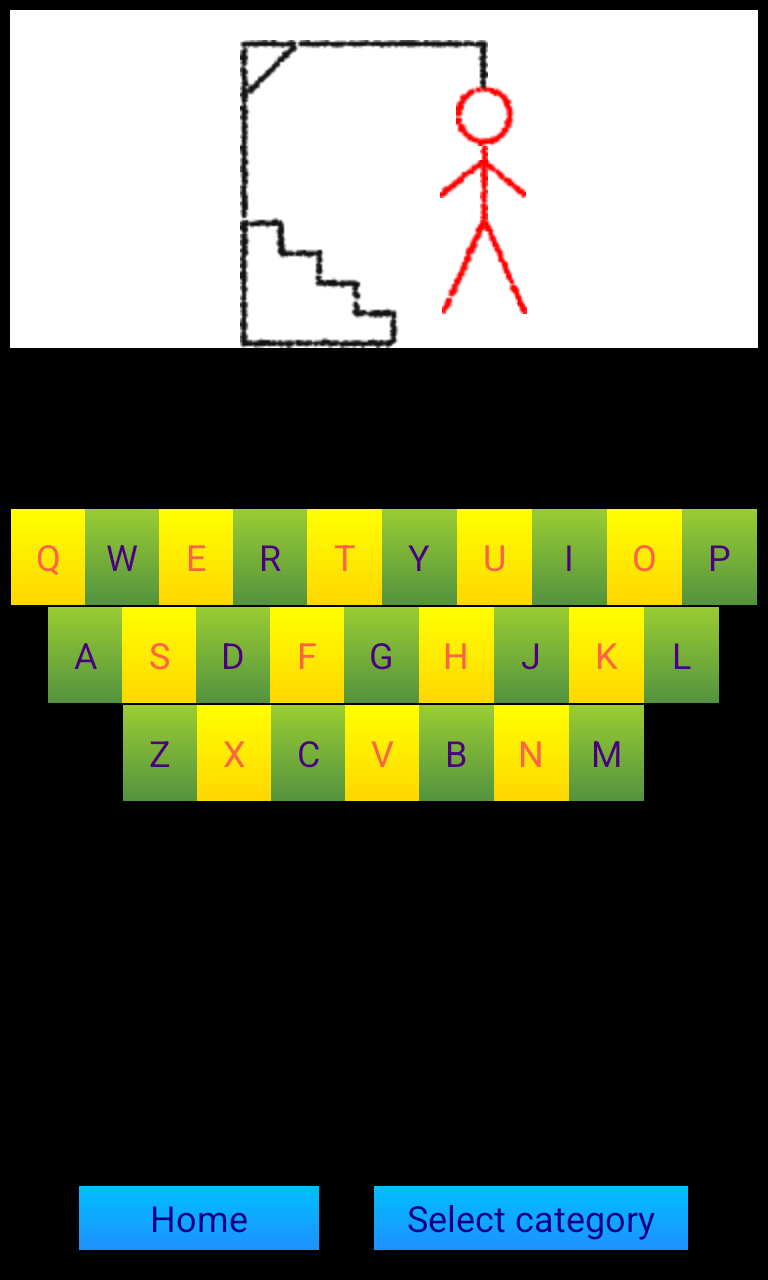
Repository: SarahDowlath/TriniHangman
Layout: workspace3/Trini-Hangman/res/layout/game.xml
The author's editor kept a copy of each file at every save. The layout is drawn from the files as they stood at one save, then again after the next save.
It is drawn on a 768 x 1280 px phone screen (xhdpi) without system bars, with theme AppTheme; the app's code is not run.

Above is the layout before, as saved 2014-07-23 23:52:24.

After the next save:
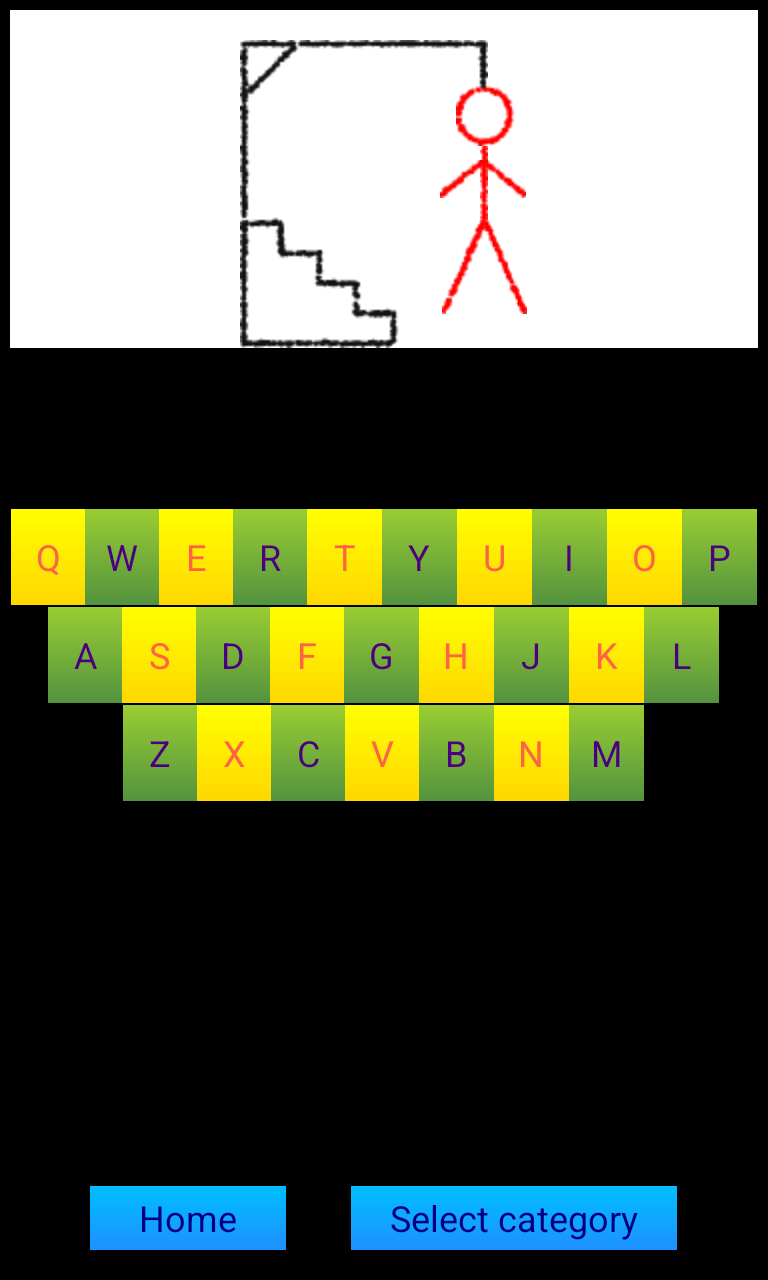
Saved 2 min 34 s later.
--- a/workspace3/Trini-Hangman/res/layout/game.xml
+++ b/workspace3/Trini-Hangman/res/layout/game.xml
@@ -446,11 +446,12 @@
 
         <Button
             android:id="@+id/buttonHome"
-            android:layout_width="120dp"
+            android:layout_width="98dp"
             android:layout_height="32dp"
             android:layout_gravity="bottom|center_horizontal"
             android:layout_marginBottom="3dp"
             android:background="@drawable/buttonnextonestyle"
+            android:orientation = "horizontal"
             android:onClick="goHome"
             android:text="@string/button_go_home"
             android:textColor="@drawable/nextonecolor" />
